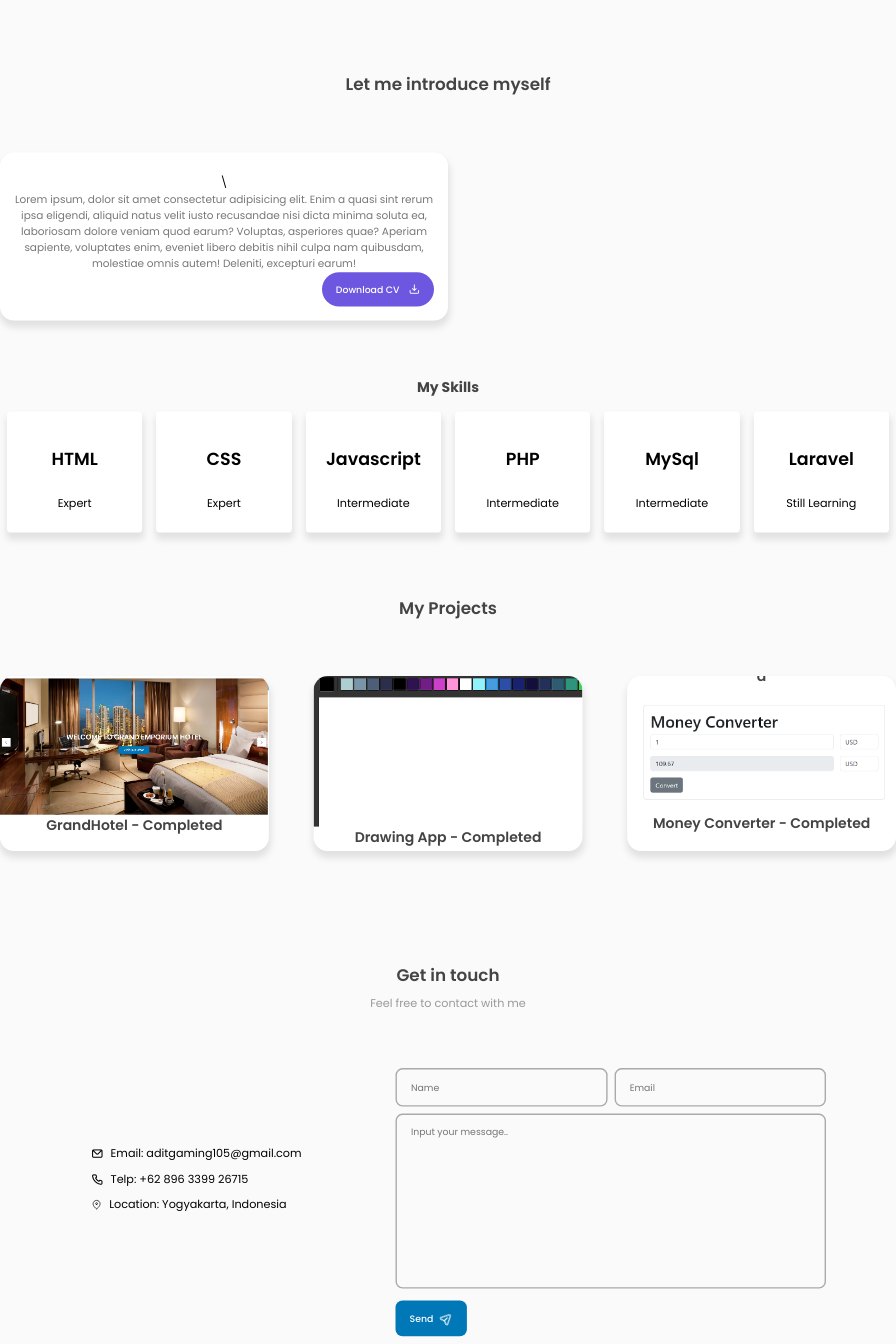
Repository: 4Kbrain/Portofolio
Page: index.html
The author's editor kept a copy of each file at every save. The page is drawn from the files as they stood at one save, then again after the next save.
The browser window is 1280 px wide. The pictures show the part of the page from y = 697 to 2617 px (the page is 3010 px tall before and 2985 px after), at 70% of full size.

Above is the page before, as saved 2024-05-15 19:12:20.
Console error: ReferenceError: ScrollReveal is not defined

### index.html
<!DOCTYPE html>
<html lang="en">

<head>
    <meta charset="UTF-8">
    <meta name="viewport" content="width=device-width, initial-scale=1.0">
    <link rel="stylesheet" href="https://unicons.iconscout.com/release/v4.0.8/css/line.css">
    <link rel="stylesheet" href="assets/css/style.css">
    <link rel="shortcut icon" href="assets/img/favicon.png" type="image/x-icon">

    <title>Portfolio | Aditya</title>
</head>

<body>

    <div class="container">
        <!-- header -->
        <nav id="header">
            <div class="nav-logo">
                <a href="#home">
                    <p class="nav-name">Aditya</p>
                    <span>.</span>
                </a>
            </div>
            <div class="nav-menu" id="myNavMenu">
                <ul class="nav_menu_list">
                    <li class="nav_list">
                        <a href="#home" class="nav-link active-link">Home</a>
                        <div class="circle"></div>
                    </li>
                    <li class="nav_list">
                        <a href="#about" class="nav-link">About</a>
                        <div class="circle"></div>
                    </li>
                    <li class="nav_list">
                        <a href="#projects" class="nav-link">Projects</a>
                        <div class="circle"></div>
                    </li>
                    <li class="nav_list">
                        <a href="#contact" class="nav-link">Contact</a>
                        <div class="circle"></div>
                    </li>
                </ul>
            </div>
            <div class="nav-button">
                <a id="downloadCVButton" href="assets/CV/Aditya%20CV.pdf" download="CV.pdf" class="btn">Download CV <i
                        class="uil uil-file-alt"></i></a>
            </div>
            <div class="nav-menu-btn">
                <i class="uil uil-bars" onclick="myMenuFunction()"></i>
            </div>
        </nav>

        <!-- -------------- MAIN ---------------- -->
        <main class="wrapper">
            <!-- -------------- FEATURED BOX ---------------- -->
            <section class="featured-box" id="home">
                <div class="featured-text">
                    <div class="featured-text-card">
                        <span>Aditya Dwi Nugroho</span>
                    </div>
                    <div class="featured-name">
                        <p>I'm <span class="typedText"></span></p>
                    </div>
                    <div class="featured-text-info">
                        <p>I'm a beginner web developer with a passion for creating fully responsive websites. I'm eager to learn and grow in both front-end and back-end development.
                        </p>
                    </div>
                    <div class="featured-text-btn">
                        <button class="btn blue-btn">Get in touch!</button>
                        <a id="downloadCVButton" href="assets/CV/Aditya%20CV.pdf" download="CV.pdf" class="btn">Download CV <i class="uil uil-file-alt"></i></a>

                    </div>
                    <div class="social_icons">
                        <div class="icon"><a href="https://www.instagram.com/allen.adityadn/" target="_blank"><i class="uil uil-instagram"></i></a></div>
                        <div class="icon"><a href="https://wa.me/0895339926715" target="_blank"><i class="uil uil-whatsapp"></i></a></div>
                        <div class="icon"><a href="https://github.com/4Kbrain" target="_blank"><i class="uil uil-github-alt"></i></a></div>

                    </div>
                </div>
                <div class="featured-image">
                    <div class="image">
                        <img src="assets/img/profile.jpeg" alt="avatar">
                    </div>
                </div>

    </div>

    </section>

    <!-- about me  -->
    <section class="section" id="about">
        <div class="top-header">
            <h1>Let me introduce myself</h1>
        </div>
        <div class="row">
            <div class="col">
                <div class="about-info">\
                    <p>Lorem ipsum, dolor sit amet consectetur adipisicing elit. Enim a quasi sint rerum ipsa eligendi, aliquid natus velit iusto recusandae nisi dicta minima soluta ea, laboriosam dolore veniam quod earum? Voluptas, asperiores quae? Aperiam sapiente, voluptates enim, eveniet libero debitis nihil culpa nam quibusdam, molestiae omnis autem! Deleniti, excepturi earum!
                    </p>
                    <div class="about-btn">
                        <a href="assets/CV/Aditya%20CV.pdf" download>
                            <button class="btn">Download CV <i class="uil uil-import"></i></button>
                          </a>

                    </div>
                </div>
            </div>
        </div>
    </section>

    <!-- Skills -->
<section class="skills" id="skills">

    <div class="skill" id="skill">
        <h1>My Skills</h1>
        <div class="content">
          <div class="flex">
            <div class="kotak" data-aos="flip-down" data-aos-delay="500">
              <div class="logo">
                <i class="fa-brands fa-html5"></i>
              </div>
              <div class="nama">HTML</div>
              <div class="ukuran">Expert</div>
            </div>
            <div class="kotak" data-aos="flip-right" data-aos-delay="500">
              <div class="logo">
                <i class="fa-brands fa-css3"></i>
              </div>
              <div class="nama">CSS</div>
              <div class="ukuran">Expert</div>
            </div>
            <div class="kotak" data-aos="flip-left" data-aos-delay="500">
              <div class="logo">
                <i class="fa-brands fa-js"></i>
              </div>
              <div class="nama">Javascript</div>
              <div class="ukuran">Intermediate</div>
            </div>
            <div class="kotak" data-aos="flip-up" data-aos-delay="500">
              <div class="logo">
                <i class="fa-brands fa-php"></i>
              </div>
              <div class="nama">PHP</div>
              <div class="ukuran">Intermediate</div>
            </div>
            <div class="kotak" data-aos="fade-up" data-aos-delay="500">
              <div class="logo">
                <i class="fa-solid fa-database"></i>
              </div>
              <div class="nama">MySql</div>
              <div class="ukuran">Intermediate</div>
            </div>
            <div class="kotak" data-aos="flip-down" data-aos-delay="500">
              <div class="logo">
                <i class="fa-brands fa-laravel"></i>
              </div>
              <div class="nama">Laravel</div>
              <div class="ukuran">Still Learning</div>
            </div>
          </div>
        </div>
      </div>

</section>




<!-- My projects  -->

    <section class="section" id="projects">
        <div class="top-header">
            <h1>My Projects</h1>
        </div>
        <div class="project-container">
            <div class="project-box">
                <a href=""></a>
                <img src="assets/img/GrandHotel.png" alt="Grand Hotel Project" class="project-image">
                <h3>GrandHotel - Completed</h3>
                <label class="clear">-</label>
            </div>
            <div class="project-box">
                <a href=""></a>
                <img src="assets/img/drawing.png" alt="Drawing App" class="project-image">
                <h3>Drawing App - Completed</h3>
                <label> - </label>
            </div>
            <div class="project-box">
                <h3 class="clear">a</h3>
                <img src="assets/img/money.png" alt="3" class="project-image">
                <h3>Money Converter - Completed</h3>
                <label> - </label>
            </div>
        </div>
    </section>



  <!-- Contact me  -->

    <section class="section" id="contact">
        <div class="top-header">
            <h1>Get in touch</h1>
            <span>Feel free to contact with me</span>
        </div>
        <div class="row">
            <div class="col">
                <div class="contact-info">
                    <p><i class="uil uil-envelope"></i> Email: aditgaming105@gmail.com</p>
                    <p><i class="uil uil-phone"></i> Telp: +62 896 3399 26715</p>
                    <p><svg xmlns="http://www.w3.org/2000/svg" width="1em" height="1em" viewBox="0 0 24 24"><g fill="none" stroke="currentColor" stroke-linecap="round" stroke-linejoin="round" stroke-width="1.5"><path d="M12.56 20.82a.964.964 0 0 1-1.12 0C6.611 17.378 1.486 10.298 6.667 5.182A7.592 7.592 0 0 1 12 3c2 0 3.919.785 5.333 2.181c5.181 5.116.056 12.196-4.773 15.64"/><path d="M12 12a2 2 0 1 0 0-4a2 2 0 0 0 0 4"/></g></svg>Location: Yogyakarta, Indonesia</p>
                </div>
            </div>
            <div class="col">
                <div class="form-control">
                    <div class="form-inputs">
                        <input type="text" class="input-field" placeholder="Name">
                        <input type="text" class="input-field" placeholder="Email">
                    </div>
                    <div class="text-area">
                        <textarea placeholder="Input your message.."></textarea>
                    </div>
                    <div class="form-button">
                        <button class="btn">Send <i class="uil uil-message"></i></button>
                    </div>
                </div>
            </div>
        </div>
    </section>

    </main>

    <!-- Footer -->
    <footer>
        <div class="top-footer">
            <p>Aditya. Portfolio</p>
        </div>
        <div class="middle-footer">
            <ul class="footer-menu">
                <li class="footer_menu_list">
                    <a href="#home">Home</a>
                </li>
                <li class="footer_menu_list">
                    <a href="#about">About</a>
                </li>
                <li class="footer_menu_list">
                    <a href="#projects">Projects</a>
                </li>
                <li class="footer_menu_list">
                    <a href="#contact">Contact</a>
                </li>
            </ul>
        </div>
        <div class="footer-social-icons">
            <div class="icon"><a href="https://www.instagram.com/allen.adityadn/"><i class="uil uil-instagram"></i></a></div>
            <div class="icon"><a href="https://wa.me/0895339926715"><i class="uil uil-whatsapp"></i></a></div>
            <div class="icon"><a href="https://github.com/4Kbrain"><i class="uil uil-github-alt"></i></a></div>
        </div>
        <div class="bottom-footer">
            <p>Copyright &copy; <a href="https://www.instagram.com/allen.adityadn/" target="_blank" style="text-decoration: none;">@allen.adityadn</a> - All rights reserved</p>
        </div>
    </footer>

    </div>

    <script src="https://unpkg.com/typed.js@2.0.16/dist/typed.umd.js"></script>
    <script src="assets/js/script.js"></script>
</body>

</html>

Loaded but not shown: assets/js/script.js (146 lines, source omitted); assets/css/style.css (747 lines, source omitted)

After the next save:
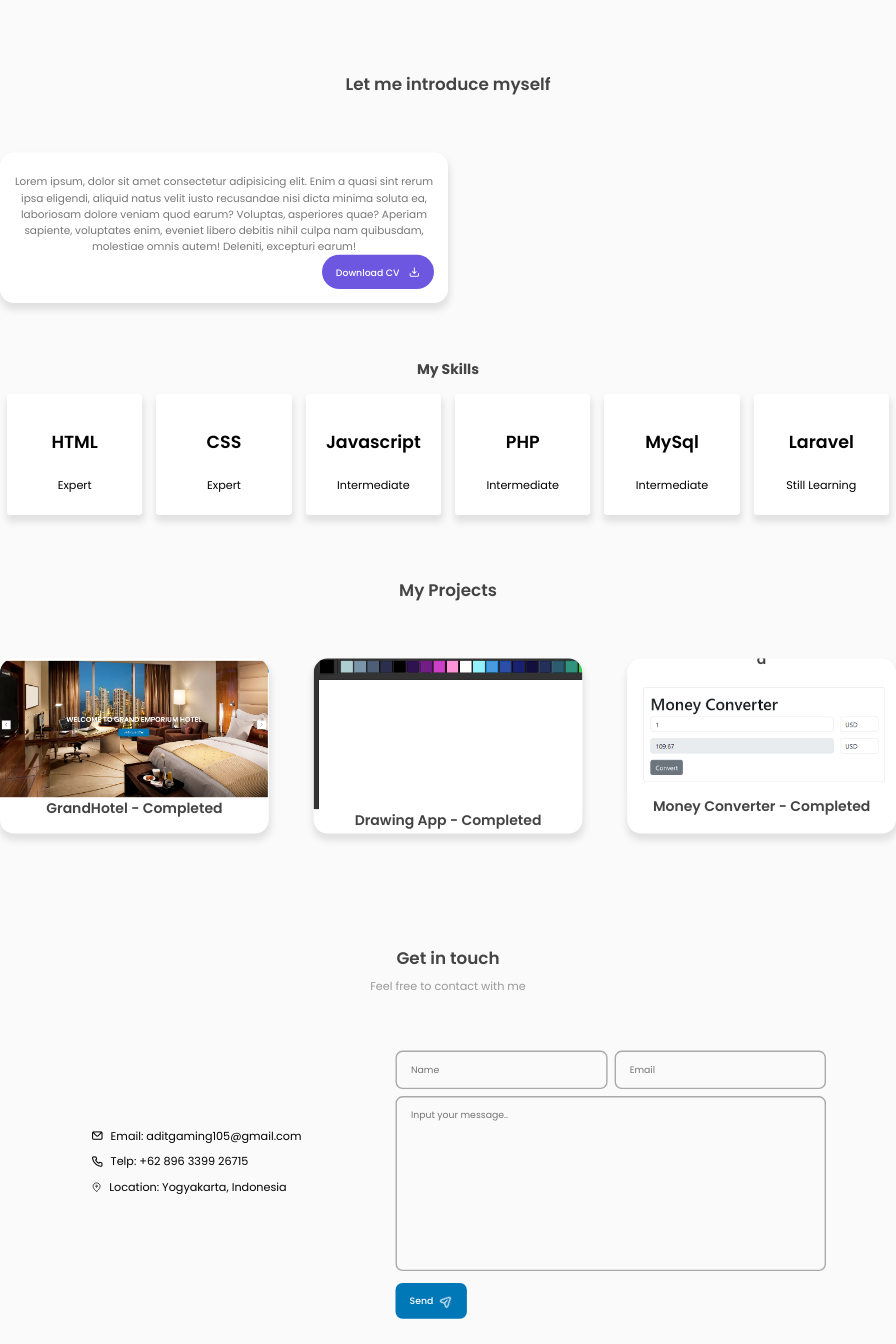
Saved 6 s later.
--- a/index.html
+++ b/index.html
@@ -95,7 +95,7 @@
         </div>
         <div class="row">
             <div class="col">
-                <div class="about-info">\
+                <div class="about-info">
                     <p>Lorem ipsum, dolor sit amet consectetur adipisicing elit. Enim a quasi sint rerum ipsa eligendi, aliquid natus velit iusto recusandae nisi dicta minima soluta ea, laboriosam dolore veniam quod earum? Voluptas, asperiores quae? Aperiam sapiente, voluptates enim, eveniet libero debitis nihil culpa nam quibusdam, molestiae omnis autem! Deleniti, excepturi earum!
                     </p>
                     <div class="about-btn">
